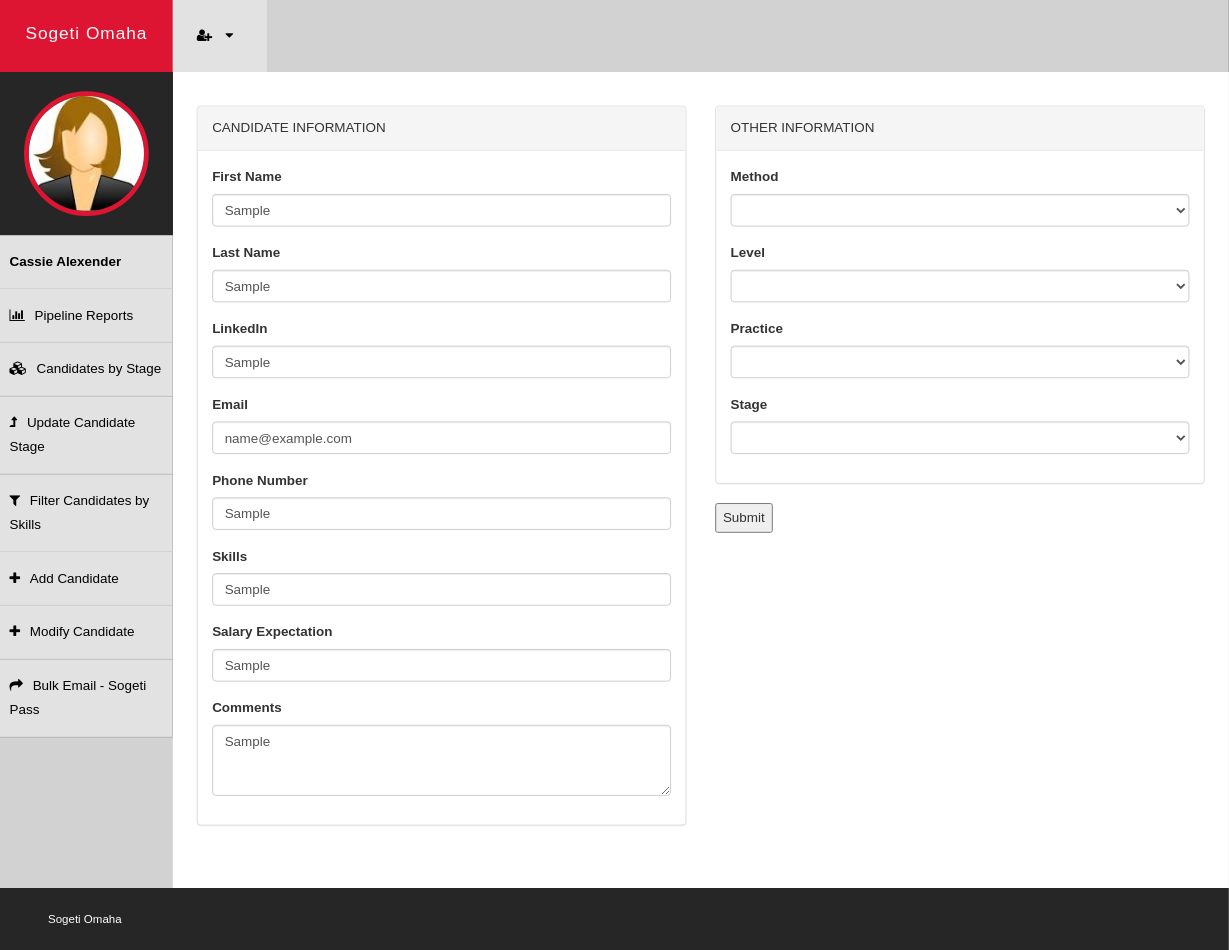
Repository: prasanana/Omaha-Sogeti-Recruiting
Page: http://localhost/Omaha_Sogeti_Recruitment/AddCandidate.jsp
An editor plug-in stored every save of this project. The page is shown before and after the next save, followed by the edit.
The browser window is 1280 px wide. The pictures show the whole page, at 96% of full size.
Empty fields were first filled with sample values (such as "Sample", 5 or name@example.com).
After loading, the first visible `#AddCandidateMethod` was changed once.
Some web fonts or font styles are not loaded; a fallback is used. The page is served by Tomcat 9. Other server files are loaded and not shown. The template is opened directly, without the code that normally fills it, so the values that code supplies are empty.

Above is the page before, as saved 2015-03-27 17:21:57.

### OmahaSogetiRecruitingWS/Omaha_Sogeti_Recruitment/WebContent/AddCandidate.jsp
<%@ taglib uri="http://java.sun.com/jsp/jstl/core" prefix="c" %>
<%@ taglib uri="http://java.sun.com/jsp/jstl/fmt" prefix="fmt" %>
<%@ taglib prefix="fn" uri="http://java.sun.com/jsp/jstl/functions" %>
<%@ page language="java" contentType="text/html; charset=ISO-8859-1"
    pageEncoding="ISO-8859-1"%>
<!DOCTYPE html>
<html xmlns="http://www.w3.org/1999/xhtml">
<head>
<meta http-equiv="Content-Type" content="text/html; charset=ISO-8859-1">
<title>Add Candidate</title>
<link href="${pageContext.request.contextPath}/stylesheets/bootstrap.css" rel="stylesheet" >
<link href="${pageContext.request.contextPath}/stylesheets/font-awesome.css" rel="stylesheet">
<link href="${pageContext.request.contextPath}/stylesheets/style.css" rel="stylesheet"/>
<link href="${pageContext.request.contextPath}/stylesheets/jquery-ui.css" rel="stylesheet"/>
</head>
<body onload = "AddCandidateOnLoad()">
<div id="wrapper">
        <nav class="navbar navbar-default navbar-cls-top " role="navigation" style="margin-bottom: 0">
            <div class="navbar-header">
                <a  class="navbar-brand" href="#">Sogeti Omaha
                </a>
            </div>

            <div class="notifications-wrapper">
<ul class="nav">

                <li class="dropdown">
                    <a class="dropdown-toggle" data-toggle="dropdown" href="#">
                        <i class="fa fa-user-plus"></i>  <i class="fa fa-caret-down"></i>
                    </a>
                    <ul class="dropdown-menu dropdown-user">
                        <li><a href="#"><i class="fa fa-user-plus"></i> My Profile</a>
                        </li>
                        <li class="divider"></li>
                        <li><a href="#"><i class="fa fa-sign-out"></i> Logout</a>
                        </li>
                    </ul>
                </li>
            </ul>
            </div>
        </nav>
        <!-- /. NAV TOP  -->
        <nav  class="navbar-default navbar-side" role="navigation">
            <div class="sidebar-collapse">
                <ul class="nav" id="main-menu">
                    <li>
                        <div class="user-img-div">
                            <img src="${pageContext.request.contextPath}/images/user.jpg" class="img-circle" />
                        </div>

                    </li>
                     <li>
                        <a  href="#"> <strong> Cassie Alexender </strong></a>
                    </li>

                    <li>
                        <a   href="https://public.tableausoftware.com/profile/prasanna7470#!/vizhome/SalesMeetingRecruitingPipelineworkbook/SalesMeetingRecruitingPipeline" target="_blank">
                        <i class="fa fa-bar-chart "></i>Pipeline Reports</a>
                    </li>
                    <li>
                        <a href="${pageContext.request.contextPath}/CandidateByStage"><i class="fa fa-cubes "></i>Candidates by Stage</a>

                    </li>

                    <li>
                        <a href="${pageContext.request.contextPath}/UpdateCandidateStage"><i class="fa fa-level-up "></i>Update Candidate Stage </a>

                    </li>


                     <li>
                        <a href="${pageContext.request.contextPath}/FilterCandidates"><i class="fa fa-filter "></i>Filter Candidates by Skills</a>
                    </li>

                    <li>
                        <a href="${pageContext.request.contextPath}/AddCandidate"><i class="fa fa-plus "></i>Add Candidate</a>
                    </li>

                    <li>
                        <a href="${pageContext.request.contextPath}/ModifyCandidateDetails"><i class="fa fa-plus "></i>Modify Candidate</a>
                    </li>

                    <li>
                        <a href="${pageContext.request.contextPath}/SendEmail"><i class="fa fa-share "></i>Bulk Email - Sogeti Pass</a>
                    </li>

                </ul>
            </div>

        </nav>
        <!-- /. SIDEBAR MENU (navbar-side) -->
        <div id="page-wrapper" class="page-wrapper-cls">
            <div id="page-inner">
            <div class="row">
            <form name = "addCandidateForm" action="AddCandidate" method="post">
            <input type = "hidden" id = "hiddenSkills" name = "hiddenSkills" value = "${fn:escapeXml(skillSet)}"/>
                    <div class="col-md-6">
                        <div class="panel panel-default">
                        <div class="panel-heading">
                           CANDIDATE INFORMATION
                        </div>
                        <div class="panel-body">
  <div class="form-group">
    <label for="AddCandidateFirstName">First Name</label>
    <input type="text" class="form-control" id="AddCandidateFirstName" name = "AddCandidateFirstName" placeholder="Enter Candidate's First Name" required/>
  </div>
  <div class="form-group">
    <label for="AddCandidateLastName">Last Name</label>
    <input type="text" class="form-control" id="AddCandidateLastName" name = "AddCandidateLastName" placeholder="Enter Candidate's Last Name" required/>
  </div>
  <div class="form-group">
    <label for="AddCandidateLinkedIn">LinkedIn</label>
    <input type="text" class="form-control" id="AddCandidateLinkedIn" name = "AddCandidateLinkedIn" placeholder="Enter Candidate's LinkedIn Profile" />
  </div>
  <div class="form-group">
    <label for="AddCandidateEmail">Email</label>
    <input type="email" class="form-control" id="AddCandidateEmail" name = "AddCandidateEmail" placeholder="Enter Candidate's Email" required/>
  </div>
  <div class="form-group">
    <label for="AddCandidatePhone">Phone Number</label>
    <input type="text" class="form-control" id="AddCandidatePhone" name = "AddCandidatePhone" placeholder="Enter Candidate's Phone Number" required/>
  </div>
  <div class="form-group">
    <label for="AddCandidateSKill">Skills</label>
    <input type="text" class="form-control" id="AddCandidateSKill" name = "AddCandidateSKill" placeholder="Enter Candidate's Skills"/>
  </div>
  <div class="form-group">
    <label for="AddCandidateSalary">Salary Expectation</label>
    <input type="text" class="form-control" id="AddCandidateSalary" name = "AddCandidateSalary" placeholder="Enter Candidate's Salary Expectation"/>
  </div>
  <div class="form-group">
    <label for="AddCandidateComments">Comments</label>
  <textarea class="form-control" rows="3" placeholder="Enter your comments about this candidate" id = "AddCandidateComments" name = "AddCandidateComments"></textarea>
  </div>
                            </div>
                            </div>
                    </div>
                   <div class="col-md-6">
                        <div class="panel panel-default">
                        <div class="panel-heading">
                           OTHER INFORMATION
                        </div>
                        <div class="panel-body">
                         <div class="form-group">
    						<label for="AddCandidateMethod">Method</label>

  							<select class="form-control" id = "AddCandidateMethod" name = "AddCandidateMethod" onchange = "showHideReferrer(this)">
                                                <c:forEach items="${addCandidateMethods}" var="addCandidateMethods">
					          <option value="${addCandidateMethods.key}">${addCandidateMethods.value}</option>
					        </c:forEach>
                           </select>
  						</div>
  						<div class="form-group" id = "referrer">
    						<label for="AddCandidateMethodReferal">Refered By</label>
  							<input type="text" class="form-control" id="AddCandidateMethodReferal" name = "AddCandidateMethodReferal" placeholder="Sogeti Employee who referred this candidate" />
  						</div>
  						<div class="form-group">
    						<label for="AddCandidateLevel">Level</label>
  							<select class="form-control" id = "AddCandidateLevel" name = "AddCandidateLevel">
                                                <c:forEach items="${addCandidateLevels}" var="addCandidateLevels">
					          <option value="${addCandidateLevels}">${addCandidateLevels}</option>
					        </c:forEach>
                           </select>
  						</div>
  						<div class="form-group">
    						<label for="AddCandidatePractice">Practice</label>
  							<select class="form-control" id = "AddCandidatePractice" name = "AddCandidatePractice">
                                                <c:forEach items="${addCandidatePractices}" var="addCandidatePractices">
					          <option value="${addCandidatePractices.key}">${addCandidatePractices.value}</option>
					        </c:forEach>
                           </select>
  						</div>
  						<div class="form-group">
    						<label for="AddCandidateStage">Stage</label>
  							<select class="form-control" id = "AddCandidateStage" name = "AddCandidateStage">
                                                <c:forEach items="${addCandidateStages}" var="addCandidateStages">
					          <option value="${addCandidateStages.key}">${addCandidateStages.value}</option>
					        </c:forEach>
                           </select>
  						</div>
                        </div>
                            </div>
                        </div>
                        <div class="col-md-6">
                    <input type = "submit" id = "addCandidateSubmit" value = "Submit" />
                    </div>
                   </form>
                </div>
            </div>
            <!-- /. PAGE INNER  -->
        </div>
        <!-- /. PAGE WRAPPER  -->
    </div>
    <!-- /. WRAPPER  -->
    <footer >
        Sogeti Omaha
    </footer>
    <!-- /. FOOTER  -->
    <!-- SCRIPTS -AT THE BOTOM TO REDUCE THE LOAD TIME-->
<script src="${pageContext.request.contextPath}/javascript/jquery-2.1.3.min.js"></script>
<script src="${pageContext.request.contextPath}/javascript/bootstrap.js"></script>
<script src="${pageContext.request.contextPath}/javascript/jquery.metisMenu.js"></script>
<script src="${pageContext.request.contextPath}/javascript/custom.js"></script>
<script src="${pageContext.request.contextPath}/javascript/jquery-ui.js"></script>
<script src="${pageContext.request.contextPath}/javascript/AddCandidate.js"></script>
</body>
</html>

### OmahaSogetiRecruitingWS/Omaha_Sogeti_Recruitment/WebContent/stylesheets/style.css

/*=============================================================
    Authour URL: www.designbootstrap.com

    http://www.designbootstrap.com/

    License: MIT

    http://opensource.org/licenses/MIT

    100% Free To use For Personal And Commercial Use.

    IN EXCHANGE JUST TELL PEOPLE ABOUT THIS WEBSITE

========================================================  */



/*==============================================
    GENERAL  STYLES
 =============================================*/

@import url(http://fonts.googleapis.com/css?family=Raleway);

body {
   font-family: 'Raleway', sans-serif;
    line-height:25px;
    font-size:14px;
}

#wrapper {
    width: 100%;
    background: #d2d2d2;
}

#page-wrapper {
    padding: 15px 15px;
    min-height: 800px;
    background: #fff;
}

#page-inner {
    width: 100%;
    margin: 10px 20px 10px 0px;
    background-color: #fff!important;
    padding: 10px;
    min-height: 800px;
}

.page-head-line {
    font-size: 30px;
    text-transform: uppercase;
    color: #000;
    font-weight: 800;
    padding-bottom: 20px;
    border-bottom: 2px solid #d2d2d2;
    margin-bottom: 30px;
}

.btn {
    border-radius:0px!important;
    -moz-border-radius:0px!important;
    -webkit-border-radius:0px!important;
}

.progress {
    height: 5px;
}
.nav-pills > li.active > a, .nav-pills > li.active > a:hover, .nav-pills > li.active > a:focus {
    color: #A3A3A3!important;
}


/*==============================================
    MENU STYLES
 =============================================*/


.navbar-cls-top .navbar-brand {
    color: #fff;
    background: #DD1533;
    width: 180px;
    text-align: center;
    height: 75px;
    font-size: 18px;
    letter-spacing: 1px;
    padding-top: 25px;
}
.navbar-cls-top .navbar-brand:hover {
    background: #DD1533;
    color: #fff;
}
.header-right {
    color: #fff;
    padding: 15px 50px 5px 50px;
    float: right;
    font-size: 16px;
}
.user-img-div {
    min-height: 130px;
    padding: 20px;
    background-color: #262626;
    text-align:center;
}

    .user-img-div img {
        height: 130px;
        border: 5px solid #DD1533;
    }


.active-menu {
    background-color: #fff!important;
    border-left: 5px solid #DD1533;
}
.active-menu-top {
    background-color: #000!important;
}

.arrow {
    float: right;
}

.fa.arrow:before {
    content: "\f104";
}

.active > a > .fa.arrow:before {
    content: "\f107";
}


.nav-second-level li,
.nav-third-level li {
    border-bottom: none !important;
}

    .nav-second-level li a {
        padding-left: 37px;
    }

    .nav-third-level li a {
        padding-left: 55px;
    }

.sidebar-collapse, .sidebar-collapse .nav {
    background: none;
}

    .sidebar-collapse .nav {
        padding: 0;
    }

        .sidebar-collapse .nav > li > a {
           color: #000;
background: #E2E2E2;
text-shadow: none;
border-bottom: 1px solid #D2D2D2;
        }

    .sidebar-collapse > .nav > li > a {
        padding: 15px 10px;
    }

    .sidebar-collapse .nav > li > a:hover,
    .sidebar-collapse .nav > li > a:focus {
        background: #D2D2D2;
        outline: 0;
    }



.nav-second-level > li:last-child > a:after,
.nav-third-level > li:last-child > a:after {
    height: 50%;
}

.nav-third-level > li > a:after,
.nav-third-level > li > a:before {
    left: 40px;
}

.navbar-side {
    border: none;
    background-color: #202020;
}

.navbar-cls-top {
    background: #262626;
    border-bottom: none;
}


.navbar-default {
    border: 0px solid black;
}

.navbar-header {
    background: #000000;
}

.navbar-default .navbar-toggle:hover, .navbar-default .navbar-toggle:focus {
    background-color: #DD1533;
}

.navbar-default .navbar-toggle {
    border-color: #fff;
}

    .navbar-default .navbar-toggle .icon-bar {
        background-color: #FFF;

    }

.nav > li > a > i {
    margin-right: 10px;
}

/*==============================================
    NOTIFICATION  STYLES
 =============================================*/
.notifications-wrapper {
margin-left:3px;
}

.notifications-wrapper .nav {
    background-color: #D2d2d2;
}
.notifications-wrapper li {
display: inline-block;
}


.notifications-wrapper li a {
padding: 25px;
min-height: 50px;
}



.notifications-wrapper .dropdown-tasks {
width: 250px;
min-width: 0;
}


.notifications-wrapper .dropdown-menu li {
display: block;
}

.notifications-wrapper .dropdown-menu li a {
padding: 3px 20px;
min-height: 0;
}
.notifications-wrapper .nav > li > a {
    background-color: #E2E2E2;
    color:#000;
}
.notifications-wrapper .nav > li > a:hover, .nav > li > a:focus {
text-decoration: none;
background-color: #FFF!important;
    color:#DD1533;

}
.notifications-wrapper .dropdown-menu {
    margin:0px;
     border-radius:0px!important;
    -moz-border-radius:0px!important;
    -webkit-border-radius:0px!important;
}

/*==============================================
    FOOTER  STYLES
 =============================================*/
footer {
    background-color:#262626;
    padding:20px 50px;
    color:#fff;
    font-size:12px;
}

    footer a {
        color:#fff;
    }
   footer a:hover, footer a:focus {
        color:#fff;
        text-decoration:none;
    }

/*===============================================================================================
    DASHBOARD STYLES
 ===============================================================================================*/

.style-box-one {
    text-align: center;
    padding: 20px;
     margin-bottom: 40px;
    border-left: 10px solid #262626;
}

    .style-box-one a, .style-box-one a:hover {
        color: #fff;
        text-decoration: none;
    }

    .style-box-one span {
        font-size: 50px;
        padding-bottom: 10px;
    }

.Style-one-clr-one {
    background-color: #d96614;
}

.Style-one-clr-two {
    background-color: #2bbeb5;
}

.Style-one-clr-three {
    background-color: #e83dab;
}

.Style-one-clr-four {
    background-color: #adab36;
}

.current-notices ul {
    padding-left:20px;
    list-style:decimal-leading-zero;
    line-height:30px;
}

/*==============================================
    MEDIA QUERIES
  =============================================*/

@media (min-width:768px) {
    .page-wrapper-cls {
        margin: 0 0 0 180px;
    }


    .navbar-side {
        z-index: 1;
        position: absolute;
        width: 180px;
    }

    .navbar {
        border-radius: 0px;
    }
}
@media (min-width:280px) and (max-width:767px ){
    #menuClose {
        visibility:hidden;
    }
}

### OmahaSogetiRecruitingWS/Omaha_Sogeti_Recruitment/WebContent/javascript/custom.js
/*=============================================================
    Authour URL: www.designbootstrap.com

    http://www.designbootstrap.com/

    License: MIT

    http://opensource.org/licenses/MIT

    100% Free To use For Personal And Commercial Use.

    IN EXCHANGE JUST TELL PEOPLE ABOUT THIS WEBSITE

========================================================  */

$(document).ready(function () {

    /*====================================
           METIS MENU
     ======================================*/

    $('#main-menu').metisMenu();

    /*======================================
    LOAD APPROPRIATE MENU BAR ON SIZE SCREEN
    ========================================*/

    $(window).bind("load resize", function () {
        if ($(this).width() < 768) {
            $('div.sidebar-collapse').addClass('collapse')
        } else {
            $('div.sidebar-collapse').removeClass('collapse')
        }
    });
    /*======================================
   WRITE YOUR SCRIPTS BELOW
   ========================================*/



});

### OmahaSogetiRecruitingWS/Omaha_Sogeti_Recruitment/WebContent/javascript/AddCandidate.js
function AddCandidateOnLoad(){
	autoCompleteSkills();

}

function showHideReferrer(method){
	//alert(method.value);
	if(method.value == "1"){
		document.getElementById("referrer").style.display = 'block';
	}
	else{
		document.getElementById("referrer").style.display = 'none';
	}
}

function autoCompleteSkills(){

	$(function() {
		var tags = document.getElementById("hiddenSkills").value;
		//tags.substring(0, tags.length - 1
		var availableTags = tags.split(",");
		//alert(document.getElementById("hiddenSkills").value);
	    function split( val ) {
	      return val.split( /,\s*/ );
	    }
	    function extractLast( term ) {
	      return split( term ).pop();
	    }

	    $( "#AddCandidateSKill" )
	      // don't navigate away from the field on tab when selecting an item
	      .bind( "keydown", function( event ) {
	        if ( event.keyCode === $.ui.keyCode.TAB &&
	            $( this ).autocomplete( "instance" ).menu.active ) {
	          event.preventDefault();
	        }
	      })
	      .autocomplete({
	        minLength: 0,
	        source: function( request, response ) {
	          // delegate back to autocomplete, but extract the last term
	          response( $.ui.autocomplete.filter(
	            availableTags, extractLast( request.term ) ) );
	        },
	        focus: function() {
	          // prevent value inserted on focus
	          return false;
	        },
	        select: function( event, ui ) {
	          var terms = split( this.value );
	          // remove the current input
	          terms.pop();
	          // add the selected item
	          terms.push( ui.item.value );
	          // add placeholder to get the comma-and-space at the end
	          terms.push( "" );
	          this.value = terms.join( ", " );
	          return false;
	        }
	      });
	  });

}

Loaded but not shown: OmahaSogetiRecruitingWS/Omaha_Sogeti_Recruitment/WebContent/stylesheets/bootstrap.css (library); OmahaSogetiRecruitingWS/Omaha_Sogeti_Recruitment/WebContent/stylesheets/font-awesome.css (library); OmahaSogetiRecruitingWS/Omaha_Sogeti_Recruitment/WebContent/stylesheets/jquery-ui.css (library); OmahaSogetiRecruitingWS/Omaha_Sogeti_Recruitment/WebContent/javascript/jquery-2.1.3.min.js (library); OmahaSogetiRecruitingWS/Omaha_Sogeti_Recruitment/WebContent/javascript/bootstrap.js (library); OmahaSogetiRecruitingWS/Omaha_Sogeti_Recruitment/WebContent/javascript/jquery.metisMenu.js (common file); OmahaSogetiRecruitingWS/Omaha_Sogeti_Recruitment/WebContent/javascript/jquery-ui.js (library)

After the next save:
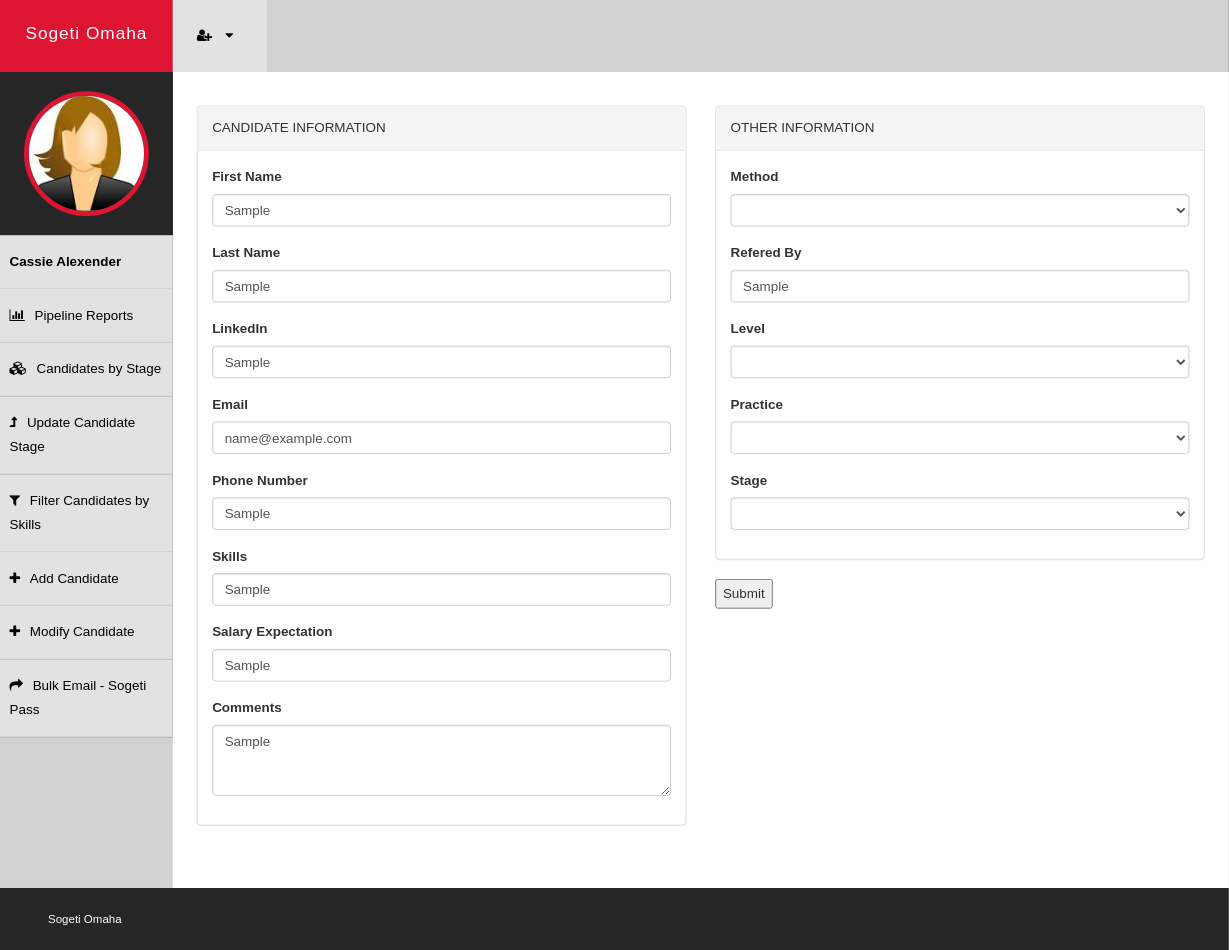
Console error: ReferenceError: showHideReferrer is not defined
Saved 4 min 33 s later.
--- a/OmahaSogetiRecruitingWS/Omaha_Sogeti_Recruitment/WebContent/javascript/AddCandidate.js
+++ b/OmahaSogetiRecruitingWS/Omaha_Sogeti_Recruitment/WebContent/javascript/AddCandidate.js
@@ -1,16 +1,6 @@
 function AddCandidateOnLoad(){
 	autoCompleteSkills();
 
-}
-
-function showHideReferrer(method){
-	//alert(method.value);
-	if(method.value == "1"){
-		document.getElementById("referrer").style.display = 'block';
-	}
-	else{
-		document.getElementById("referrer").style.display = 'none';
-	}
 }
 
 function autoCompleteSkills(){
